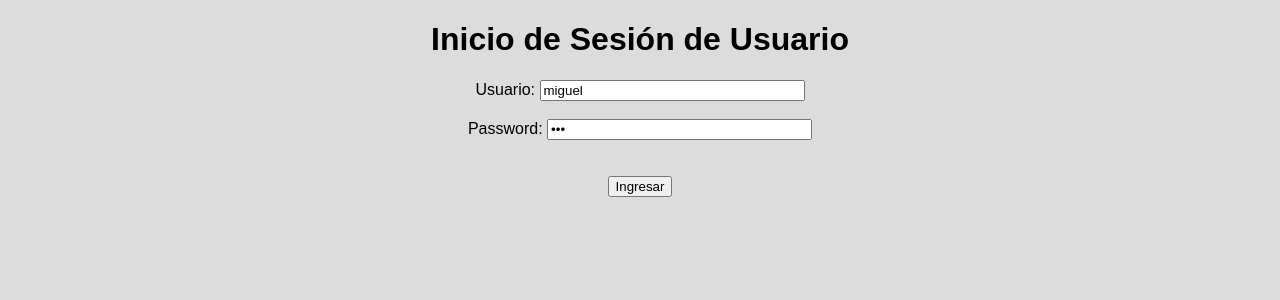
Repository: miguelalvarezcl/examen
Page: http://localhost/CtaCorriente/login.jsp
The author's editor kept a copy of each file at every save. The page is drawn from the files as they stood at one save, then again after the next save.
The browser window is 1280 px wide. The pictures show the whole page.
The page is served by Tomcat 9.

Above is the page before, as saved 2021-11-13 02:06:24.

After the next save:
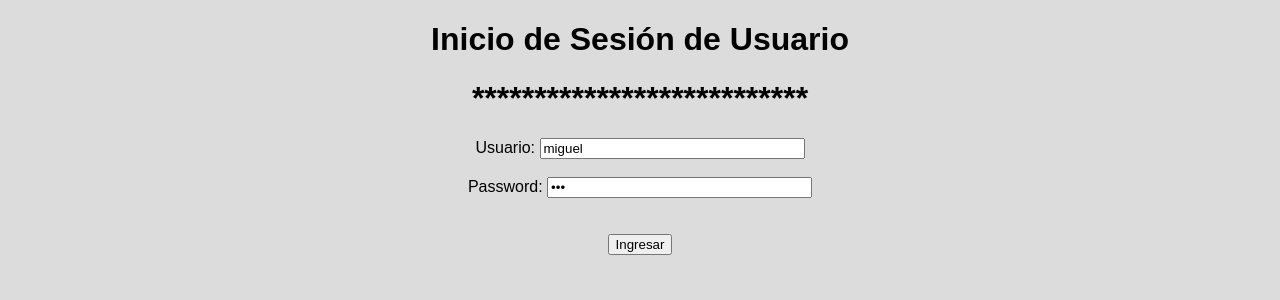
Saved 119 min 53 s later.
--- a/CtaCorriente/WebContent/login.jsp
+++ b/CtaCorriente/WebContent/login.jsp
@@ -10,6 +10,7 @@
 <body>
 	<div style="text-align: center">
 		<h1>Inicio de Sesión de Usuario</h1>
+		<h1>***************************</h1>
 		<form action="login" method="post" id="loginForm">
 			<label for="usuario">Usuario:</label>
 			<input name="usuario" size="30" value = "miguel"/>
